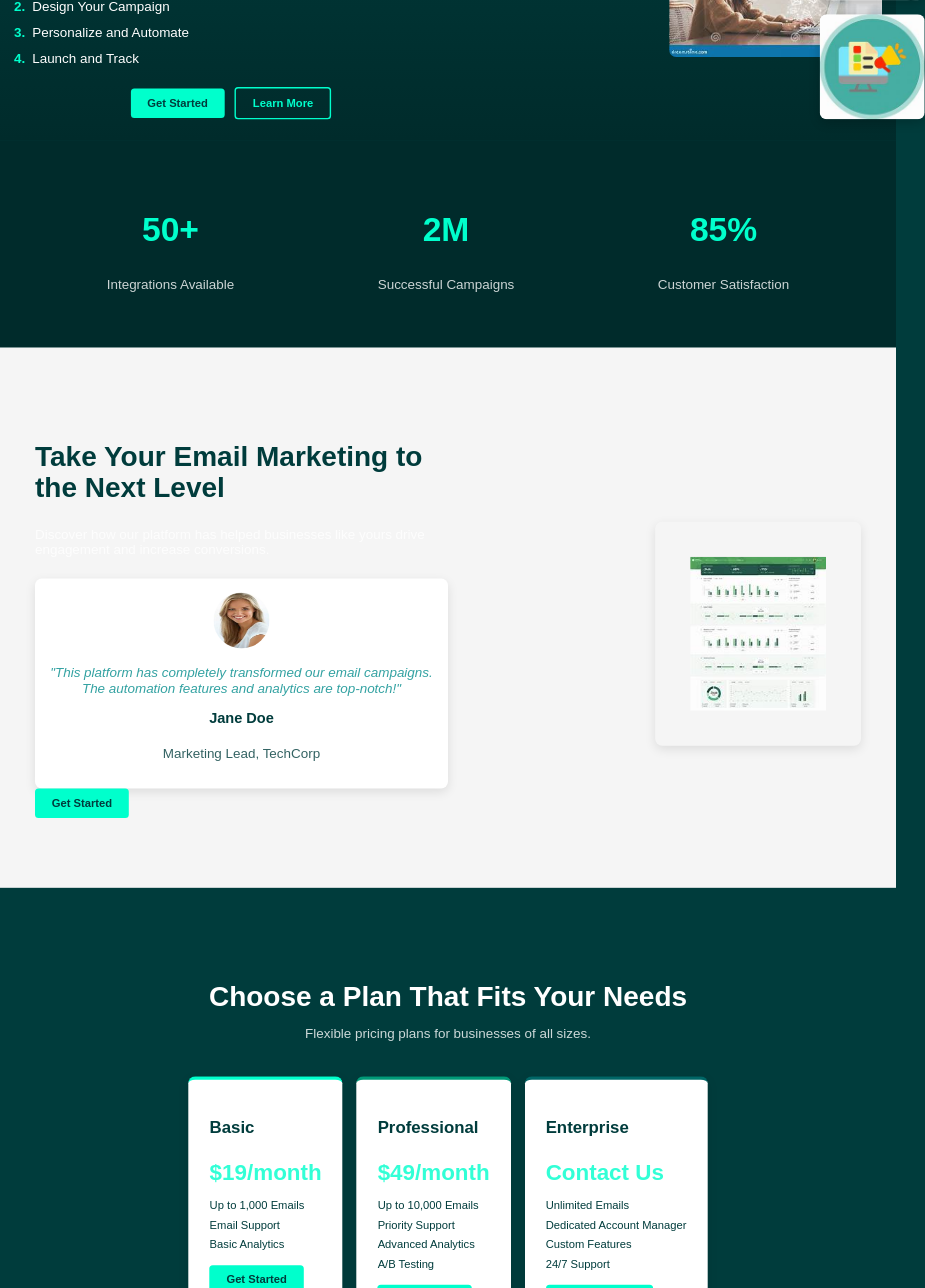
Repository: Patience225/email-marketing
Page: index.html
The author's editor kept a copy of each file at every save. The page is drawn from the files as they stood at one save, then again after the next save.
The browser window is 1280 px wide. The page is 1321 px wide, so the pictures cover 1321 px, including what lies to the right of the window. The pictures show the part of the page from y = 1848 to 3688 px (the page is 4442 px tall), at 70% of full size.

Above is the page before, as saved 2025-01-29 17:42:34.
Console error: TypeError: Cannot read properties of null (reading 'addEventListener')

After the next save:
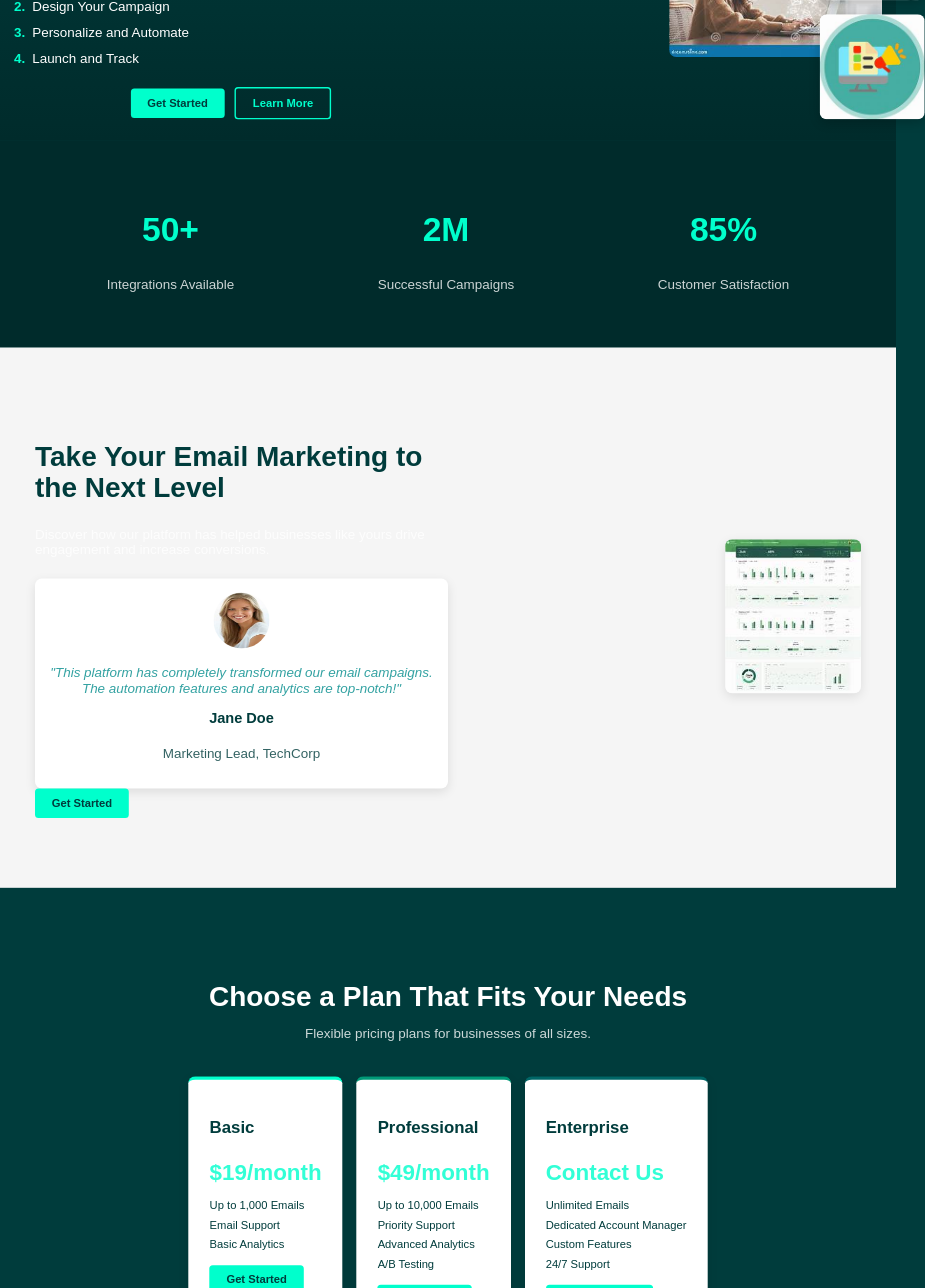
Saved 37 s later.
--- a/styles.css
+++ b/styles.css
@@ -512,8 +512,7 @@ body {
 
 .testimonial-image img {
   max-width: 100%;
-  padding: 50px;
-  margin-top: 50px;
+
   border-radius: 10px;
   box-shadow: 0px 5px 15px rgba(0, 0, 0, 0.1);
 }
